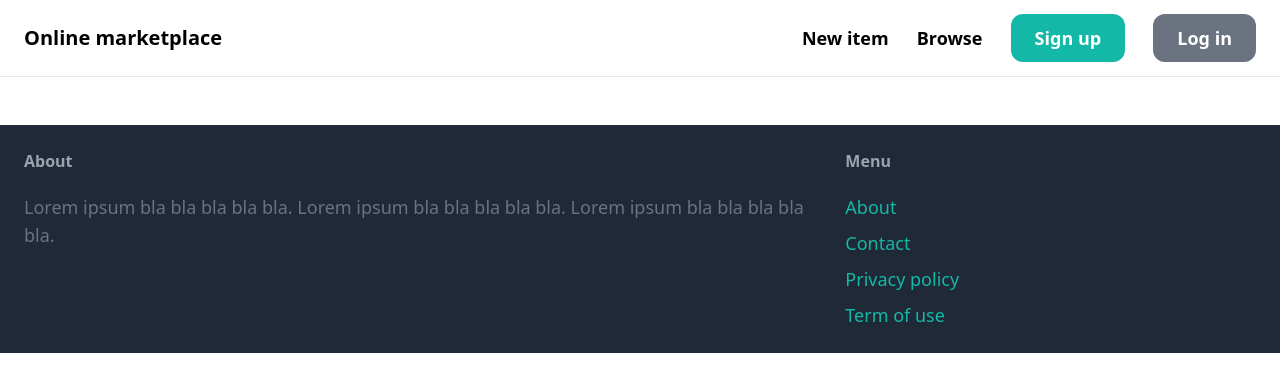
Repository: Anamikatiwari/Online_Market_Place
Page: item/templates/item/form.html
An editor plug-in stored every save of this project. The page is shown before and after a run of saves, followed by the edit.
The browser window is 1280 px wide. The pictures show the whole page.
Some web libraries are served in a nearby version. The template is drawn by Django 5.2. The application's start-up code is not run. The template is opened directly, without the code that normally fills it, so the values that code supplies are empty.

Above is the page before, as saved 2024-09-06 11:44:08.

After the next 2 saves:
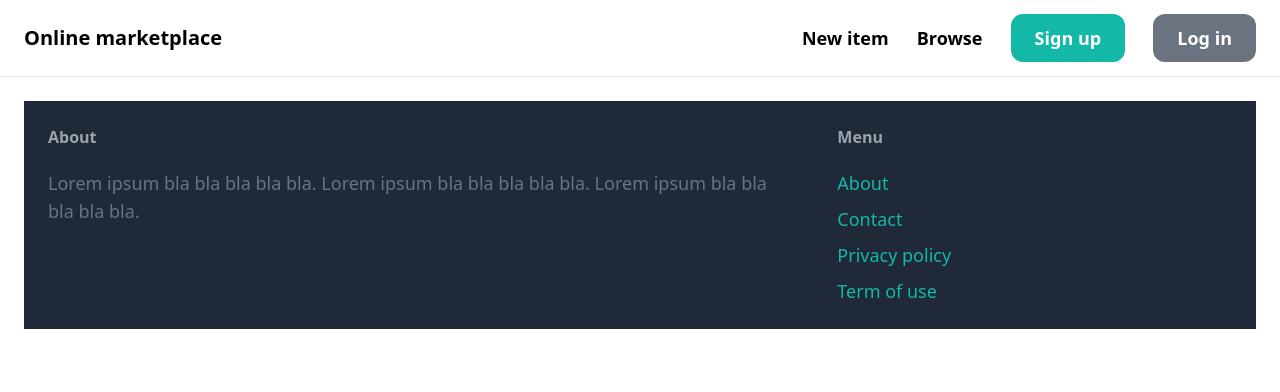
The 2 saves are shown as one change because they came seconds apart.
The last was saved 13 s later.
--- a/item/templates/item/form.html
+++ b/item/templates/item/form.html
@@ -3,5 +3,5 @@
 {% block title %} {{ title }} {% endblock title %}
 
 {% block content %}
-
+<h1
 {% endblock content %}

After the save that followed:
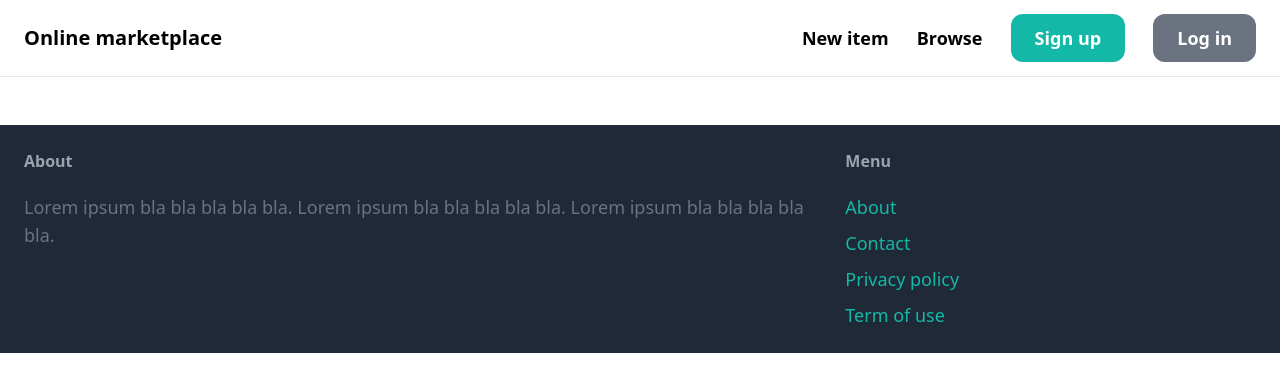
Saved 4 s later.
--- a/item/templates/item/form.html
+++ b/item/templates/item/form.html
@@ -3,5 +3,5 @@
 {% block title %} {{ title }} {% endblock title %}
 
 {% block content %}
-<h1
+<h1></h1>
 {% endblock content %}
